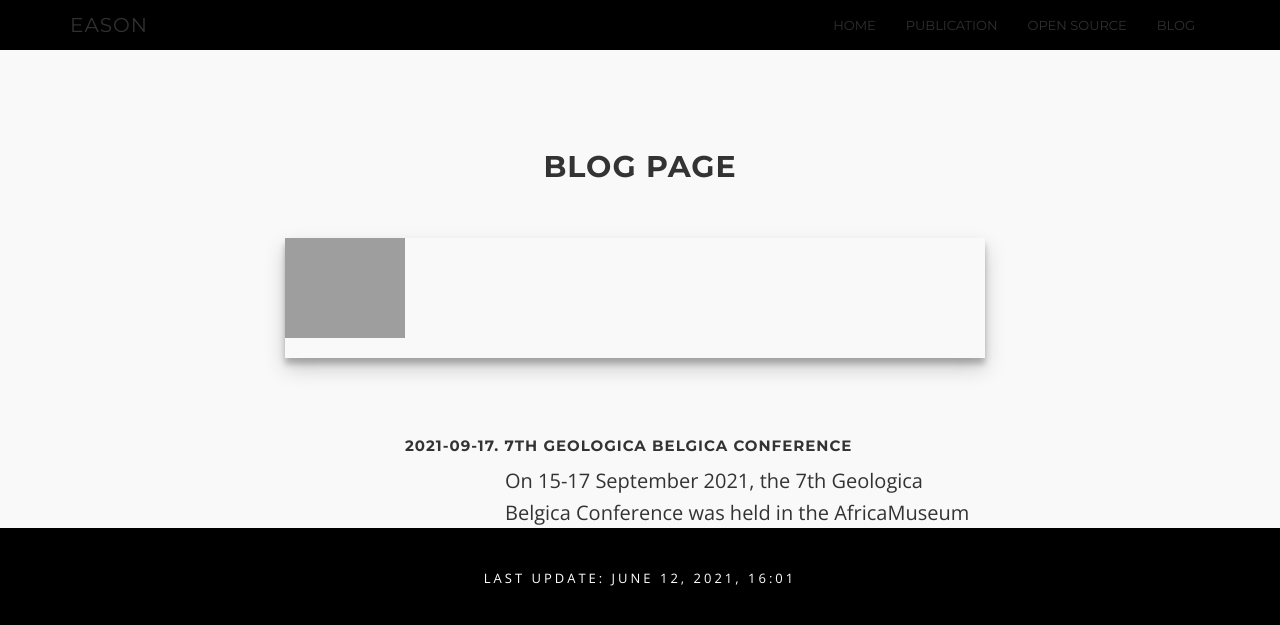
Repository: eazzzon/eazzzon.github.io
Page: blog.html
The author's editor kept a copy of each file at every save. The page is drawn from the files as they stood at one save, then again after the next save.
The browser window is 1280 px wide. The pictures show the whole page.
Pictures or frames that could not be fetched are drawn as grey boxes.

Above is the page before, as saved 2021-09-18 13:18:04.

After the next save:
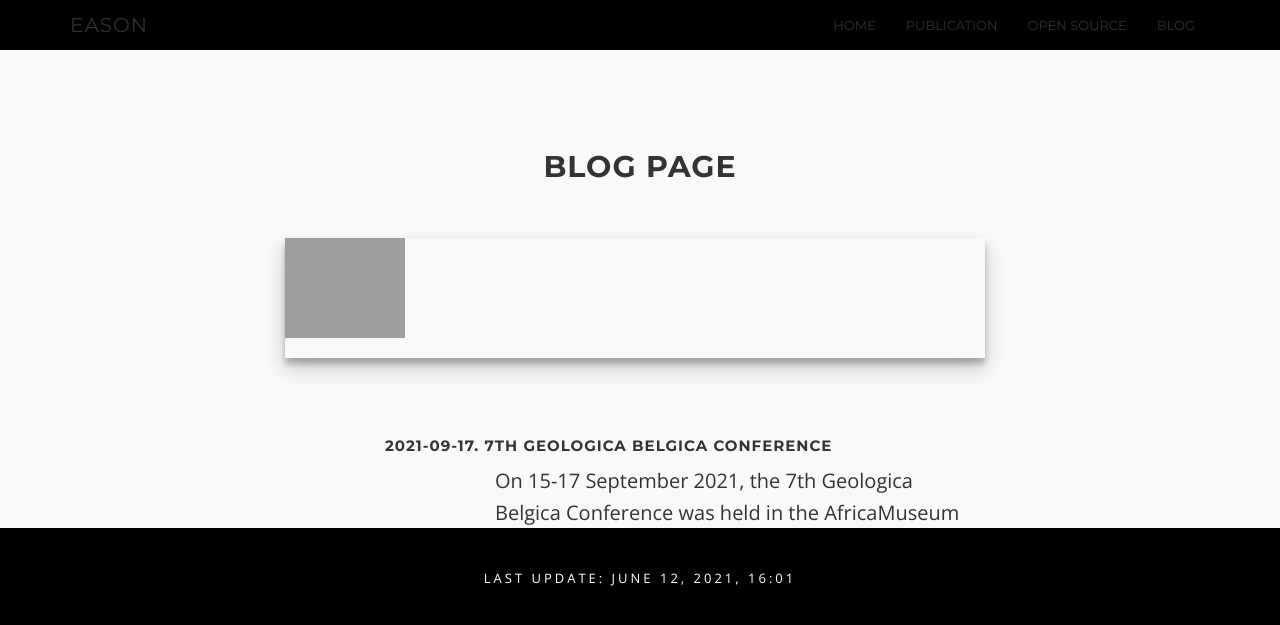
Saved 13 s later.
--- a/css/theme.css
+++ b/css/theme.css
@@ -439,6 +439,7 @@ section {
 	position: relative;
 	font-size: 15px;
 	padding: 50px;
+	top: 0px
 	left: 10px;
   }
 
